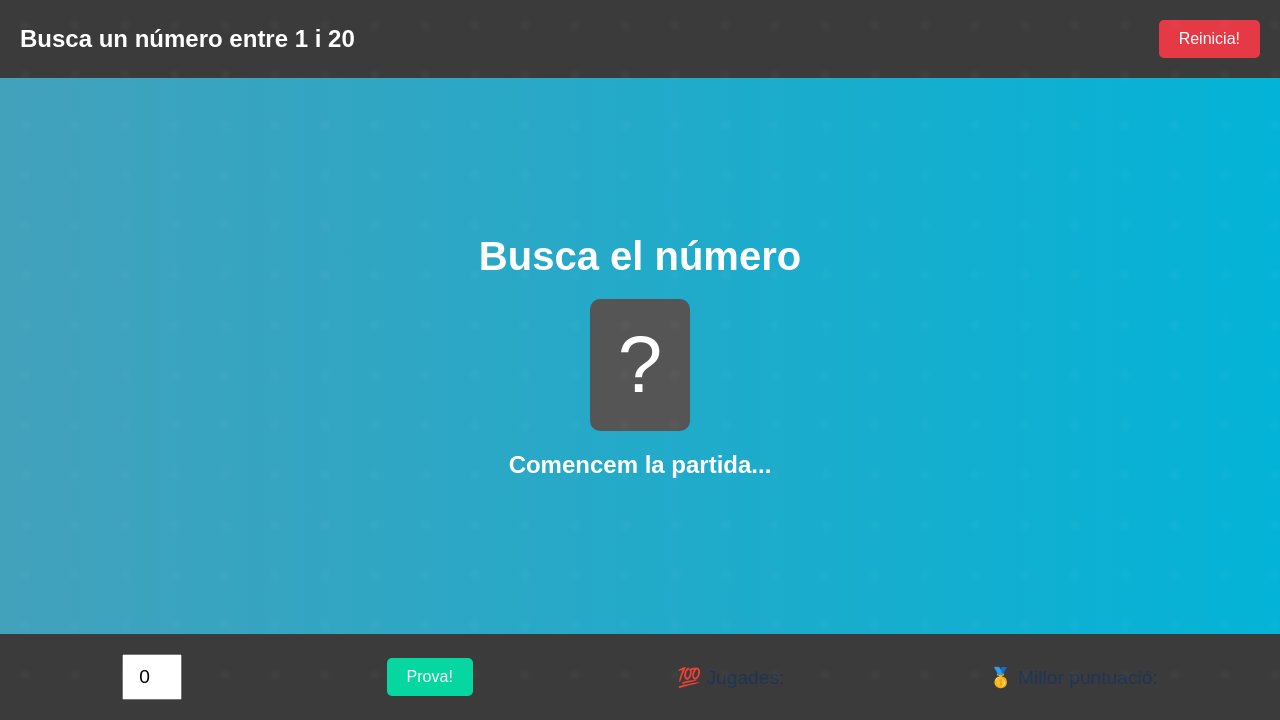
Repository: rdalmau23/M06_01
Page: index.html
An editor plug-in stored every save of this project. The page is shown before and after the next save, followed by the edit.
The browser window is 1280 px wide. The pictures show the whole page.

Above is the page before, as saved 2024-10-11 11:35:14.

After the next save:
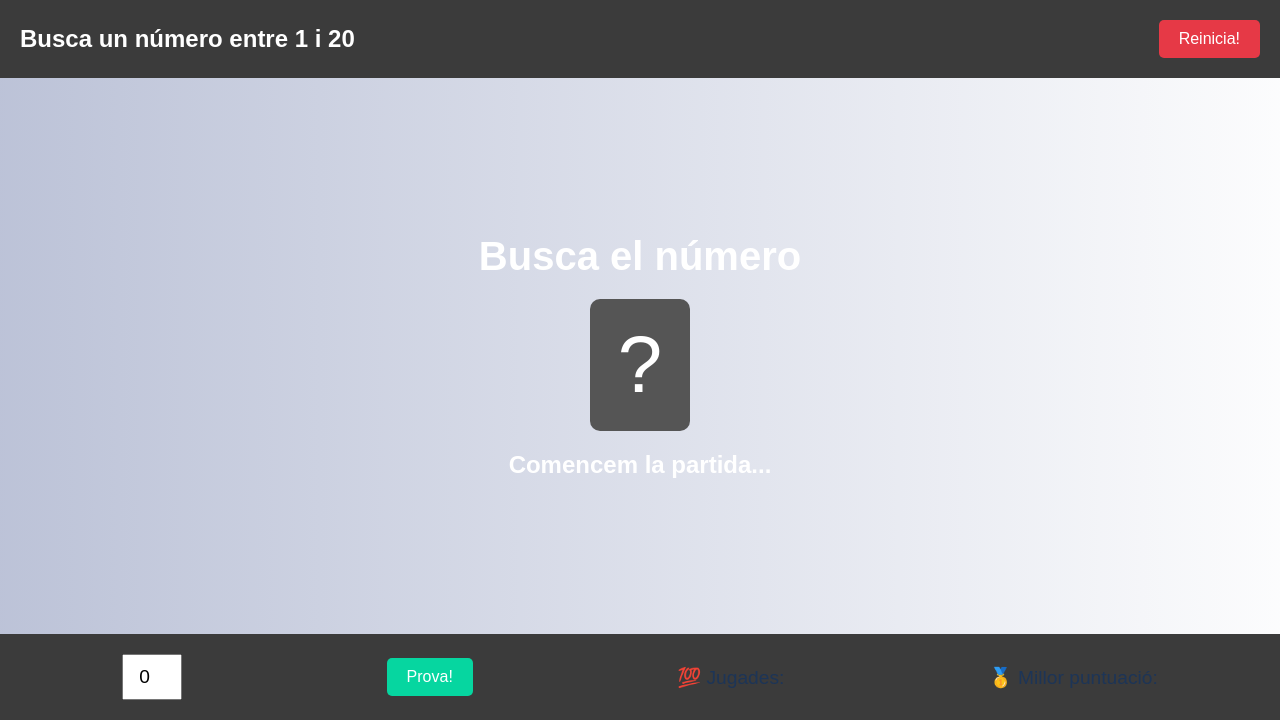
Saved 65 s later.
--- a/style.css
+++ b/style.css
@@ -11,11 +11,10 @@
     display: flex;
     flex-direction: column;
     justify-content: space-between;
-    background: linear-gradient(270deg, #00b4d8, #ff6b6b);
+    background: linear-gradient(270deg, #ffffff, #001969);
     background-size: 400% 400%;
     animation: gradient-animation 12s ease infinite;
     position: relative;
-    overflow: hidden; /* Para que las partículas no salgan del viewport */
   }
 
   body::before {
@@ -25,10 +24,9 @@
     left: 0;
     width: 100%;
     height: 100%;
-    background-image: radial-gradient(circle, rgba(255, 255, 255, 0.1) 1%, transparent 20%);
     background-size: 50px 50px;
     opacity: 0.3;
-    animation: move-particles 25s linear infinite;
+
   }
 
   @keyframes gradient-animation {
